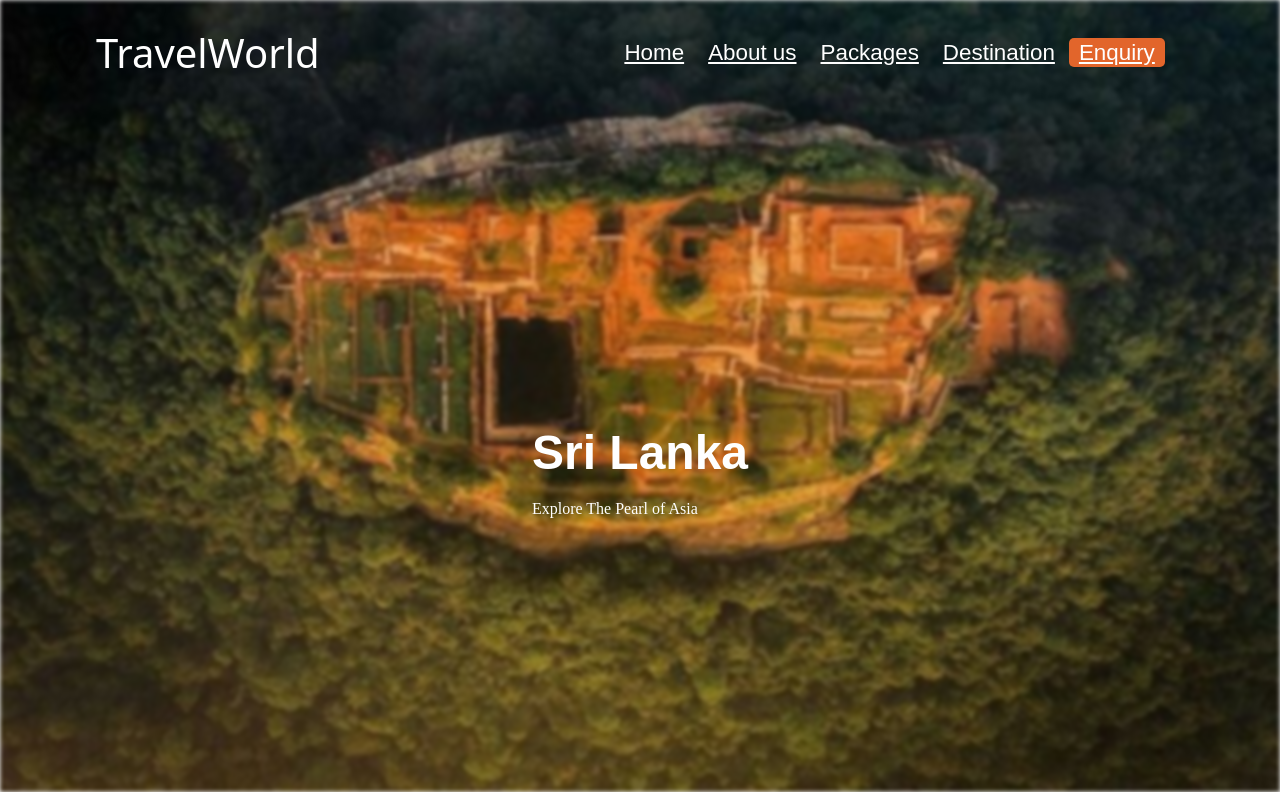
Repository: Haakim19/TavelWorld
Page: HTML/Home.html
The author's editor kept a copy of each file at every save. The page is drawn from the files as they stood at one save, then again after the next save.
The browser window is 1280 px wide. The pictures show the whole page.
Some web fonts or font styles are not loaded; a fallback is used.

Above is the page before, as saved 2024-11-02 10:35:20.

### HTML/Home.html
<!DOCTYPE html>
<html lang="en">
    <head>
        <meta charset="UTF-8" />
		<meta name="viewport" content="width=device-width, initial-scale=1.0" />
		<title>Travel World</title>
		<link rel="stylesheet" href="../CSS/Navbar.css" />
        <link rel="preconnect" href="https://fonts.googleapis.com">
        <link rel="preconnect" href="https://fonts.gstatic.com" crossorigin>
        <link href="https://fonts.googleapis.com/css2?family=Irish+Grover&family=Jaldi:wght@400;700&family=Playwrite+GB+S:ital,wght@0,100..400;1,100..400&display=swap" rel="stylesheet">
	</head>
	<body>
        <div class="bg-img">

            <!-- Navigation Bar -->
            <nav class="navbar">
                <div class="logo">
                    <img src="../Assets/icon/location.png" alt="" />
                    Travel <span>World</span>
                </div>
                <div class="page">
                    <a href="Home.html">Home</a>
                    <a href="Aboutus.html">About us</a>
                    <a href="Packages.html">Packages</a>
                    <a href="Destination.html">Destination</a>
                    <a href="Enquiry.html" class="enquiry-btn">Enquiry</a>
                </div>
            </nav>
            <!-- Hero Section -->
            <section class="hero">
                <div class="hero-overlay">
                    <h1>Sri Lanka</h1>
                    <p>Explore The Pearl of Asia</p>
                </div>
            </section>
            <img class="hero-img" src="../Assets/Images/Pic01.jpg" alt="">
        </div>
	</body>
</html>

### CSS/Navbar.css
body{
    margin: 0;
    padding: 0;
    background-color: #ffffff;
}
.bg-img img{
    width: 100%;
    height: 110%;
    object-fit: cover;
    filter: blur(2px);
}

.hero-img {
    position:absolute;
    top: 0;
    z-index: 1;
    background-color:black;
}

nav{
    position: relative;
    display: flex;
    align-items: center;
    justify-content: space-between;
    z-index: 1000;
    padding-top: 20px;
}
.logo{
    margin-left: 5vh;
    font-family: "Irish Grover", system-ui;
    color: #ffffff;
    font-size: 2.5rem;
    display: flex;
    justify-content:center;
    align-items: center;
    padding: 5px 10px 5px 10px;
}
.logo img{
    width: 50px;
    height: 50px;
    color: #ffffff;
}

.page {
    margin-right : 16vh;

}

.page a{
    /* display: flex; */
    font-size: 1.4rem;
    color: #ffffff;
    font-family:"Jaldi", sans-serif;
    justify-content: space-evenly;
    align-items: center;
    padding: 2px 10px 2px 10px;

}
.page .enquiry-btn{
    background-color:#E2652B;
    color: white;
    border-radius: 5px;
}
section {
    position: relative;
    z-index: 1000;
    color: #ffffff;
    display: flex;
    flex-direction: column;
    justify-content: center;
    align-items: center;
    margin-top: 300px;
    margin-bottom: 200px;
}
section h1{
    font-size: 3rem;
    font-family: "Jaldi", sans-serif;
    margin-bottom: 20px;
}

After the next save:
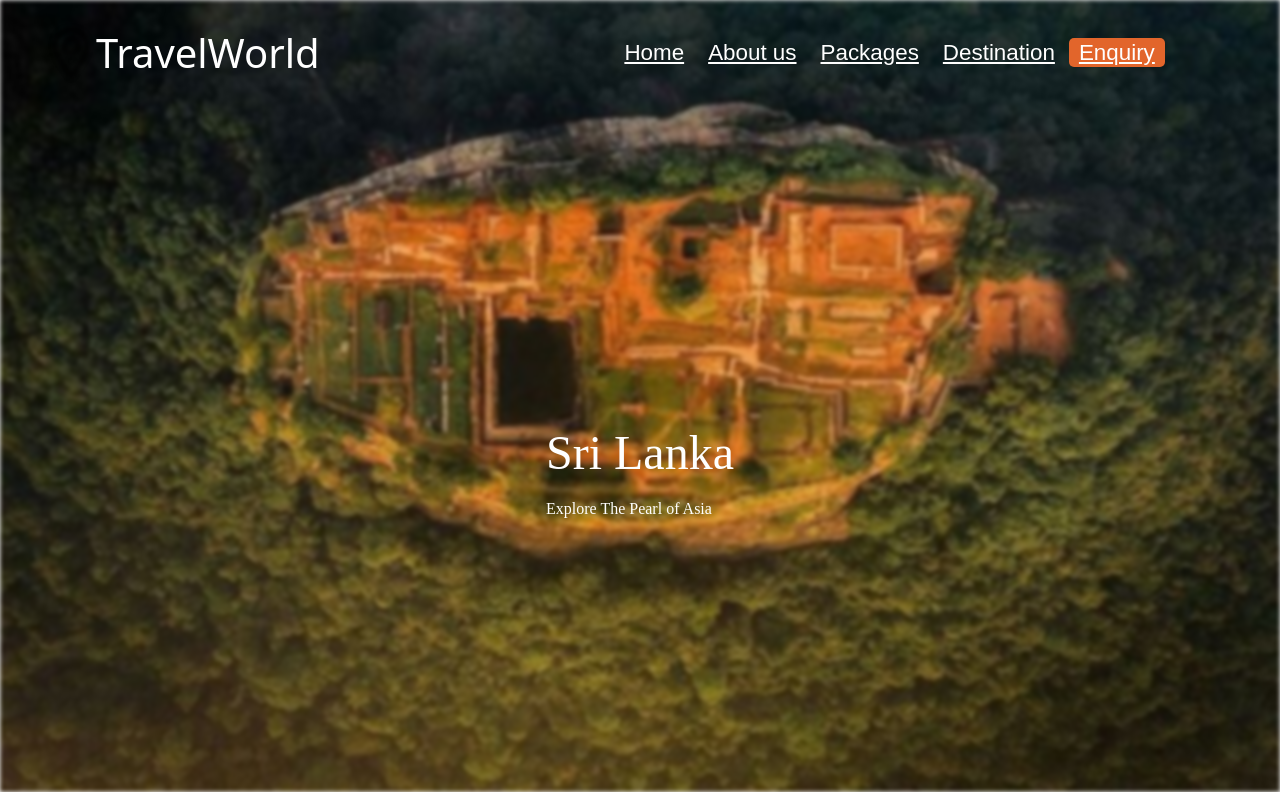
Saved 54 s later.
--- a/CSS/Navbar.css
+++ b/CSS/Navbar.css
@@ -74,6 +74,8 @@ section {
 }
 section h1{
     font-size: 3rem;
-    font-family: "Jaldi", sans-serif;
+    font-family: "Just Another Hand", cursive;
+    font-weight: 400;
+    font-style: normal;
     margin-bottom: 20px;
 }
